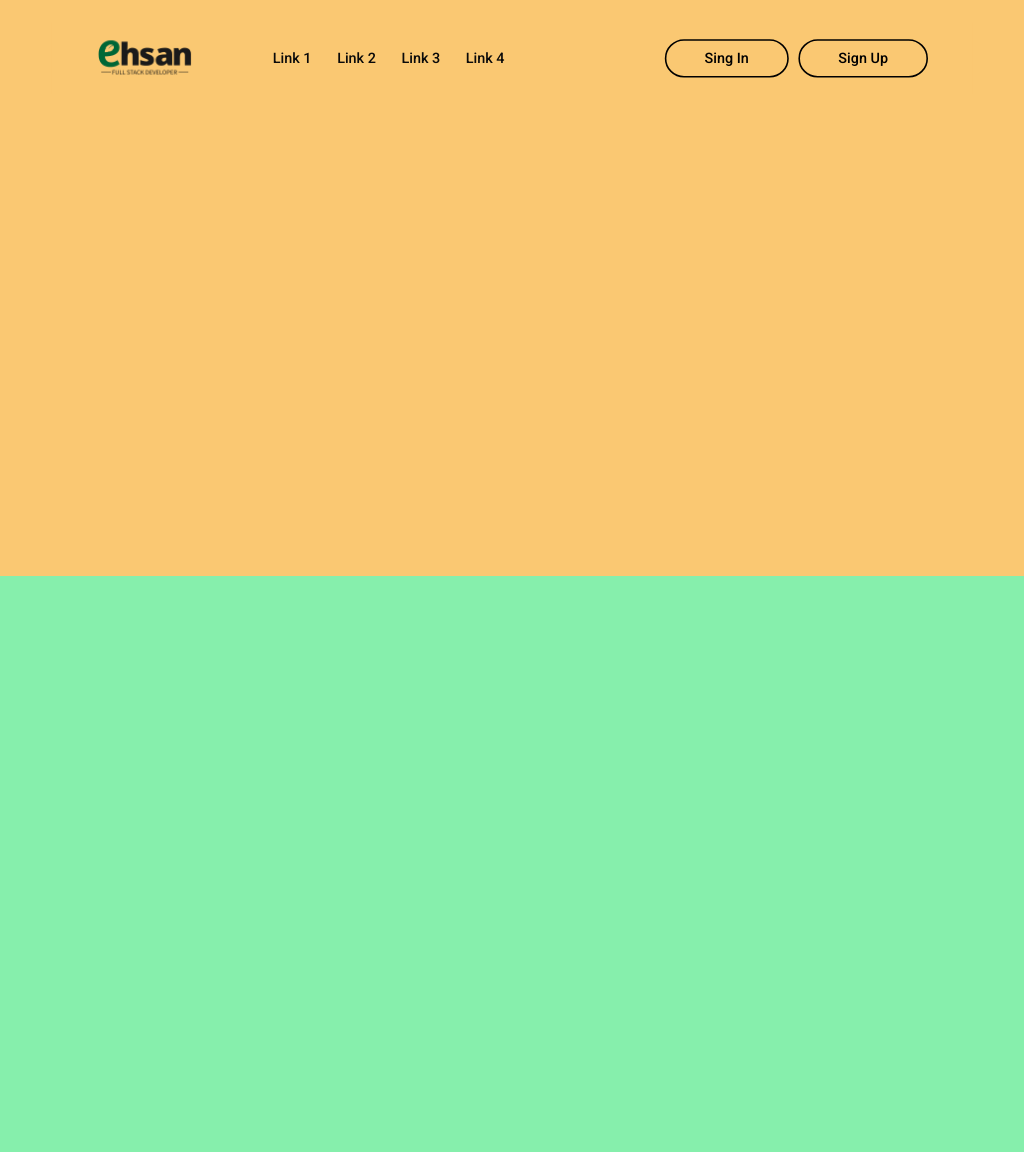
Repository: FrontendProjectsNL/mijn-portfolio-project
Page: /exercise
The author's editor kept a copy of each file at every save. The page is drawn from the files as they stood at one save, then again after a run of saves.
The browser window is 1280 px wide. The pictures show the whole page, at 80% of full size.
The project was rebuilt for these pictures with package versions that can differ from the ones it lists, and the page was loaded fresh each time. The framework's server and built-in components were replaced by stand-ins that run in the browser. Also part of the build but not shown: next.config.mjs.

Above is the page before, as saved 2024-10-25 13:07:12.

### app/layout.tsx
import type { Metadata } from 'next';
import localFont from 'next/font/local';

import { Roboto, Fira_Code, HelveticaNowDisplay } from 'next/font/google';

import './globals.css';

const geistSans = localFont({
  src: './fonts/GeistVF.woff',
  variable: '--font-geist-sans',
  weight: '100 900',
});
const geistMono = localFont({
  src: './fonts/GeistMonoVF.woff',
  variable: '--font-geist-mono',
  weight: '100 900',
});

const roboto = Roboto({
  subsets: ['latin'],
  weight: ['300', '400', '500', '700'],
  variable: '--font-roboto',
});

const firaCode = Fira_Code({
  subsets: ['latin'],
  weight: ['300', '400', '500', '700'],
  variable: '--font-fira-code',
});

export const metadata: Metadata = {
  title: 'Create Next App',
  description: 'Generated by create next app',
};

export default function RootLayout({
  children,
}: Readonly<{
  children: React.ReactNode;
}>) {
  return (
    <html lang="en">
      <body
        className={`${roboto.variable} ${firaCode.variable} ${geistSans.variable} ${geistMono.variable} antialiased`}
      >
        {children}
      </body>
    </html>
  );
}

### app/exercise/page.tsx
'use client';

import Image from 'next/image';
import Link from 'next/link';
import { useEffect, useState } from 'react';
import logo from '/public/EhsanLogo-transparent.png';
import { Button } from '@/components/ui/button';

interface PageProps {}

const Page: React.FC<PageProps> = () => {
  const [isShrunk, setIsShrunk] = useState<boolean>(false);

  useEffect(() => {
    const handleScroll = () => {
      if (window.scrollY > 70) {
        setIsShrunk(true);
      } else {
        setIsShrunk(false);
      }
    };

    window.addEventListener('scroll', handleScroll);

    return () => {
      window.removeEventListener('scroll', handleScroll);
    };
  }, []);

  return (
    // <div className="max-w-8xl w-full font-roboto mx-auto">
    <div className="">
      <nav
        className={`px-14 fixed transition-all duration-300 ease-linear bg-[#FAC872] flex justify-between items-center ${
          isShrunk
            ? 'h-[75px] w-[60%] rounded-3xl mx-auto top-5'
            : 'h-[90px] w-[90%] opacity-100 top-7'
        }`}
        style={{
          left: '50%',
          transform: 'translateX(-50%)', // Center horizontally
        }}
      >
        <div className="flex items-center ">
          <Link href={'/'} className="font-medium text-lg mr-20">
            <Image src={logo} width={125} height={50} />
          </Link>
          <ul className="flex">
            <li>
              <Link
                href=""
                className="px-4 py-2 cursor text-lg font-medium font-roboto"
              >
                Link 1
              </Link>
            </li>
            <li>
              <Link
                href=""
                className="px-4 py-2 cursor text-lg font-medium font-roboto"
              >
                Link 2
              </Link>
            </li>
            <li>
              <Link
                href=""
                className="px-4 py-2 cursor text-lg font-medium font-roboto"
              >
                Link 3
              </Link>
            </li>
            <li>
              <Link
                href=""
                className="px-4 py-2 cursor text-lg font-medium font-roboto"
              >
                Link 4
              </Link>
            </li>
          </ul>
        </div>
        <div className="flex gap-3">
          <button className="font-roboto group relative inline-flex items-center overflow-hidden rounded-full border-2 border-black px-12 py-2 text-lg font-medium text-black hover:bg-gray-50 hover:text-white">
            <span className="duration-400 ease absolute left-0 top-1/2 block h-0 w-full bg-[#f27d4b] opacity-100 transition-all group-hover:top-0 group-hover:h-full"></span>
            <span className="ease absolute right-0 flex h-10 w-10 translate-x-full transform items-center justify-start duration-500 group-hover:-translate-x-2">
              <svg
                className="h-5 w-5"
                fill="none"
                stroke="currentColor"
                viewBox="0 0 24 24"
                xmlns="http://www.w3.org/2000/svg"
              >
                <path
                  stroke-linecap="round"
                  stroke-linejoin="round"
                  stroke-width="2"
                  d="M14 5l7 7m0 0l-7 7m7-7H3"
                ></path>
              </svg>
            </span>
            <span className="relative transform duration-700 group-hover:-translate-x-3">
              Sing In
            </span>
          </button>

          <button className="font-roboto group relative inline-flex items-center overflow-hidden rounded-full border-2 border-black px-12 py-2 text-lg font-medium text-black hover:bg-gray-50 hover:text-white">
            <span className="duration-400 ease absolute left-0 top-1/2 block h-0 w-full bg-[#f27d4b] opacity-100 transition-all group-hover:top-0 group-hover:h-full"></span>
            <span className="ease absolute right-0 flex h-10 w-10 translate-x-full transform items-center justify-start duration-500 group-hover:-translate-x-2">
              <svg
                className="h-5 w-5"
                fill="none"
                stroke="currentColor"
                viewBox="0 0 24 24"
                xmlns="http://www.w3.org/2000/svg"
              >
                <path
                  stroke-linecap="round"
                  stroke-linejoin="round"
                  stroke-width="2"
                  d="M14 5l7 7m0 0l-7 7m7-7H3"
                ></path>
              </svg>
            </span>
            <span className="relative transform duration-700 group-hover:-translate-x-3">
              Sign Up
            </span>
          </button>
        </div>
      </nav>

      <section className="w-full h-screen bg-[#FAC872]"></section>
      <section className="w-full h-screen bg-green-300"></section>
    </div>
  );
};

export default Page;

### app/globals.css
@tailwind base;
@tailwind components;
@tailwind utilities;

body {
  font-family: Arial, Helvetica, sans-serif;
}

@layer utilities {
  .text-balance {
    text-wrap: balance;
  }
}

@layer base {
  :root {
    --background: 0 0% 100%;
    --foreground: 0 0% 3.9%;
    --card: 0 0% 100%;
    --card-foreground: 0 0% 3.9%;
    --popover: 0 0% 100%;
    --popover-foreground: 0 0% 3.9%;
    --primary: 0 0% 9%;
    --primary-foreground: 0 0% 98%;
    --secondary: 0 0% 96.1%;
    --secondary-foreground: 0 0% 9%;
    --muted: 0 0% 96.1%;
    --muted-foreground: 0 0% 45.1%;
    --accent: 0 0% 96.1%;
    --accent-foreground: 0 0% 9%;
    --destructive: 0 84.2% 60.2%;
    --destructive-foreground: 0 0% 98%;
    --border: 0 0% 89.8%;
    --input: 0 0% 89.8%;
    --ring: 0 0% 3.9%;
    --chart-1: 12 76% 61%;
    --chart-2: 173 58% 39%;
    --chart-3: 197 37% 24%;
    --chart-4: 43 74% 66%;
    --chart-5: 27 87% 67%;
    --radius: 0.5rem;
  }
  .dark {
    --background: 0 0% 3.9%;
    --foreground: 0 0% 98%;
    --card: 0 0% 3.9%;
    --card-foreground: 0 0% 98%;
    --popover: 0 0% 3.9%;
    --popover-foreground: 0 0% 98%;
    --primary: 0 0% 98%;
    --primary-foreground: 0 0% 9%;
    --secondary: 0 0% 14.9%;
    --secondary-foreground: 0 0% 98%;
    --muted: 0 0% 14.9%;
    --muted-foreground: 0 0% 63.9%;
    --accent: 0 0% 14.9%;
    --accent-foreground: 0 0% 98%;
    --destructive: 0 62.8% 30.6%;
    --destructive-foreground: 0 0% 98%;
    --border: 0 0% 14.9%;
    --input: 0 0% 14.9%;
    --ring: 0 0% 83.1%;
    --chart-1: 220 70% 50%;
    --chart-2: 160 60% 45%;
    --chart-3: 30 80% 55%;
    --chart-4: 280 65% 60%;
    --chart-5: 340 75% 55%;
  }
}

@layer base {
  * {
    @apply border-border;
  }
  body {
    @apply bg-background text-foreground;
  }
}

@keyframes fill-up {
  0% {
    background-position: 0 100%;
  }
  100% {
    background-position: 0 0;
  }
}

### tailwind.config.ts
import { Roboto } from 'next/font/google';
import type { Config } from 'tailwindcss';

const config: Config = {
  darkMode: ['class'],
  content: [
    './pages/**/*.{js,ts,jsx,tsx,mdx}',
    './components/**/*.{js,ts,jsx,tsx,mdx}',
    './app/**/*.{js,ts,jsx,tsx,mdx}',
  ],

  theme: {
    extend: {
      // You can define custom animations here
      // keyframes: {
      //   slideKeyframe: {
      //     '0%': { transform: 'translateX(0)' },
      //     '100%': { transform: 'translateX(100%)' },
      //   },
      // },
      // animation: {
      //   slideAnimation: 'slideKeyframe 0.5s ease-in-out',
      // },
      fontFamily: {
        roboto: ['var(--font-roboto)', 'sans-serif'],
        firaCode: ['var(--font-fira-code)', 'monospace'],
      },
      colors: {
        background: 'hsl(var(--background))',
        foreground: 'hsl(var(--foreground))',
        card: {
          DEFAULT: 'hsl(var(--card))',
          foreground: 'hsl(var(--card-foreground))',
        },
        popover: {
          DEFAULT: 'hsl(var(--popover))',
          foreground: 'hsl(var(--popover-foreground))',
        },
        primary: {
          DEFAULT: 'hsl(var(--primary))',
          foreground: 'hsl(var(--primary-foreground))',
        },
        secondary: {
          DEFAULT: 'hsl(var(--secondary))',
          foreground: 'hsl(var(--secondary-foreground))',
        },
        muted: {
          DEFAULT: 'hsl(var(--muted))',
          foreground: 'hsl(var(--muted-foreground))',
        },
        accent: {
          DEFAULT: 'hsl(var(--accent))',
          foreground: 'hsl(var(--accent-foreground))',
        },
        destructive: {
          DEFAULT: 'hsl(var(--destructive))',
          foreground: 'hsl(var(--destructive-foreground))',
        },
        border: 'hsl(var(--border))',
        input: 'hsl(var(--input))',
        ring: 'hsl(var(--ring))',
        chart: {
          '1': 'hsl(var(--chart-1))',
          '2': 'hsl(var(--chart-2))',
          '3': 'hsl(var(--chart-3))',
          '4': 'hsl(var(--chart-4))',
          '5': 'hsl(var(--chart-5))',
        },
      },
      borderRadius: {
        lg: 'var(--radius)',
        md: 'calc(var(--radius) - 2px)',
        sm: 'calc(var(--radius) - 4px)',
      },
    },
  },
  plugins: [require('tailwindcss-animate')],
};
export default config;

After the next 3 saves:
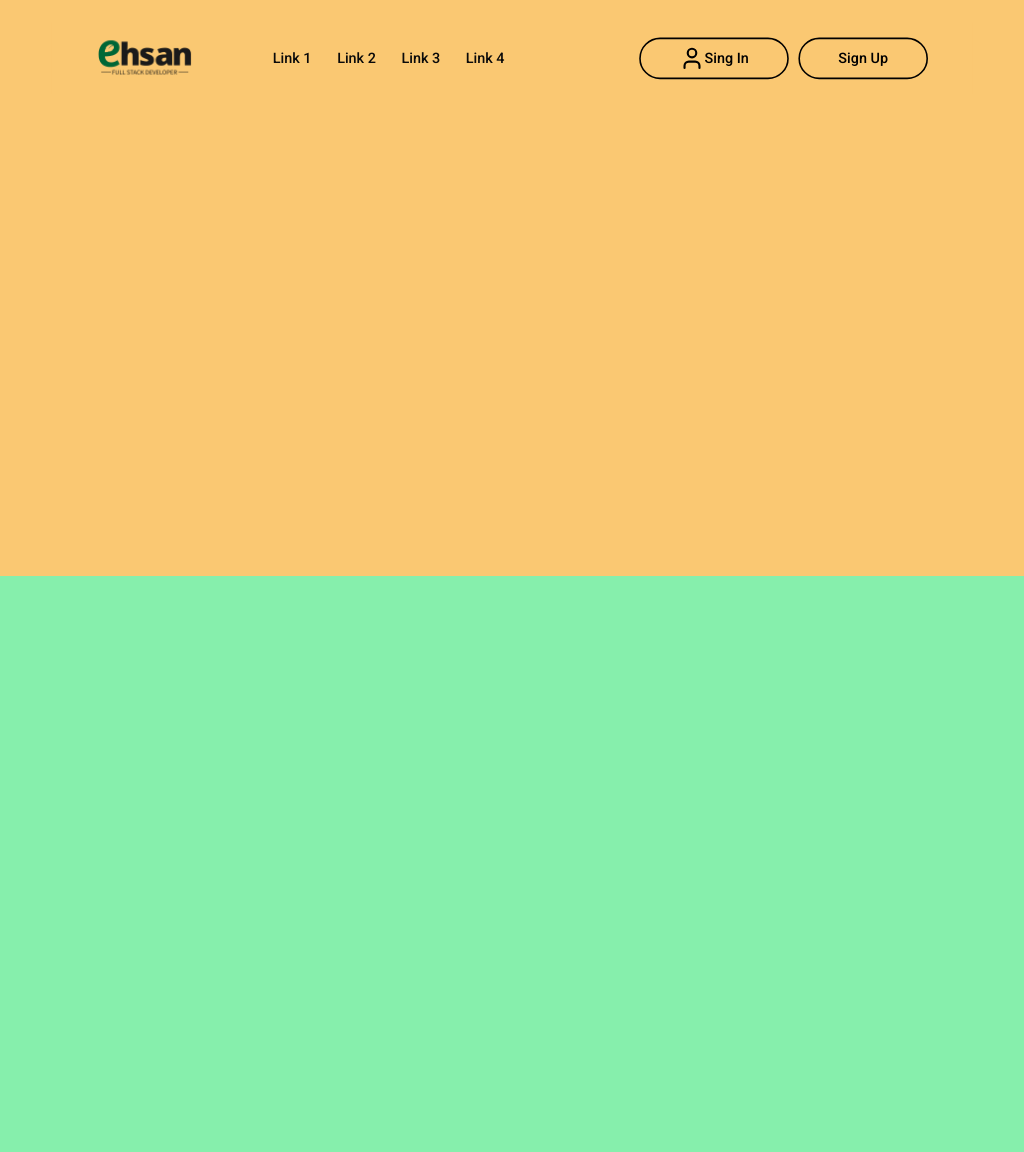
The 3 saves are shown as one change because 2 did not build or start.
The last was saved 103 s later.
--- a/app/exercise/page.tsx
+++ b/app/exercise/page.tsx
@@ -5,6 +5,7 @@ import Link from 'next/link';
 import { useEffect, useState } from 'react';
 import logo from '/public/EhsanLogo-transparent.png';
 import { Button } from '@/components/ui/button';
+import { User } from 'lucide-react';
 
 interface PageProps {}
 
@@ -82,23 +83,7 @@ const Page: React.FC<PageProps> = () => {
         </div>
         <div className="flex gap-3">
           <button className="font-roboto group relative inline-flex items-center overflow-hidden rounded-full border-2 border-black px-12 py-2 text-lg font-medium text-black hover:bg-gray-50 hover:text-white">
-            <span className="duration-400 ease absolute left-0 top-1/2 block h-0 w-full bg-[#f27d4b] opacity-100 transition-all group-hover:top-0 group-hover:h-full"></span>
-            <span className="ease absolute right-0 flex h-10 w-10 translate-x-full transform items-center justify-start duration-500 group-hover:-translate-x-2">
-              <svg
-                className="h-5 w-5"
-                fill="none"
-                stroke="currentColor"
-                viewBox="0 0 24 24"
-                xmlns="http://www.w3.org/2000/svg"
-              >
-                <path
-                  stroke-linecap="round"
-                  stroke-linejoin="round"
-                  stroke-width="2"
-                  d="M14 5l7 7m0 0l-7 7m7-7H3"
-                ></path>
-              </svg>
-            </span>
+            <User className="w-8 h-8" />
             <span className="relative transform duration-700 group-hover:-translate-x-3">
               Sing In
             </span>
